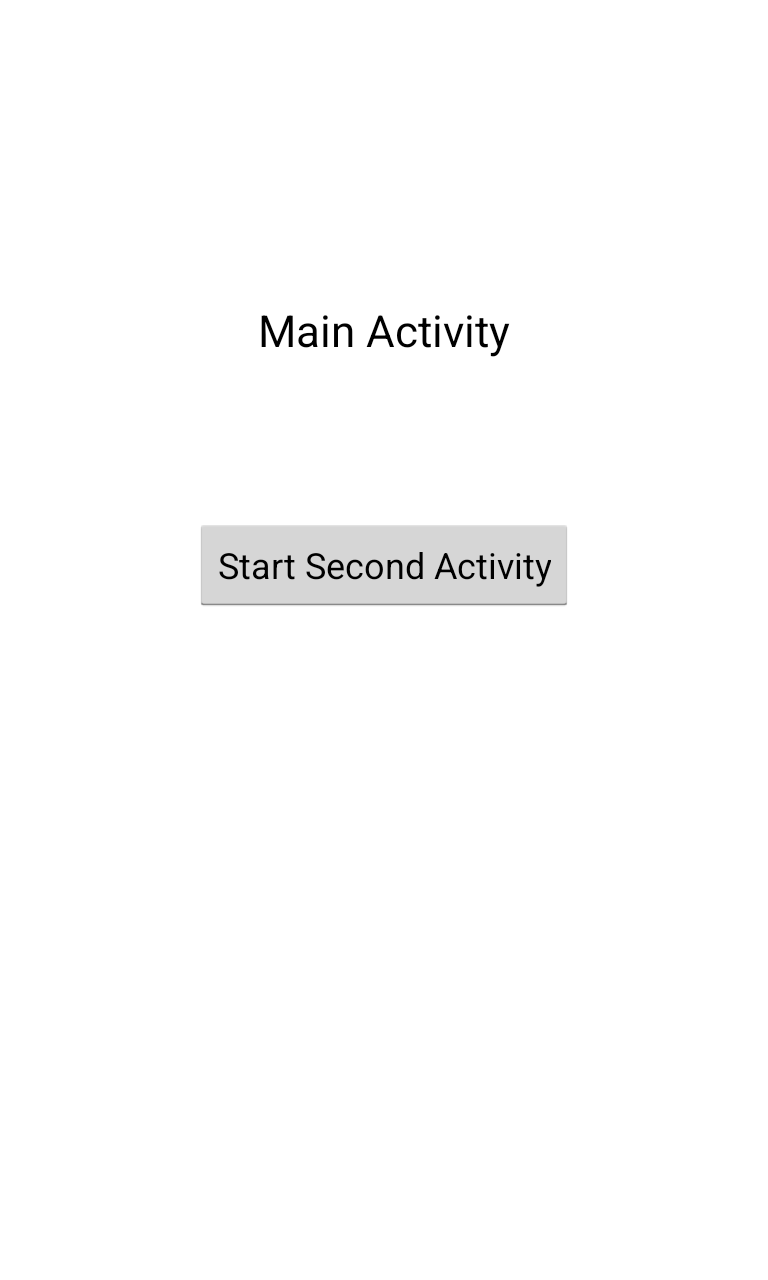
Repository: Shruthi06/designed-droid
Layout: explicit_intent/res/layout/activity_main.xml
These files come from the project's save history. The layout is drawn as it stood at one moment and after the next save; the edit follows.
It is drawn on a 768 x 1280 px phone screen (xhdpi) without system bars, with theme AppTheme; the app's code is not run.

Above is the layout before, as saved 2016-02-03 07:28:19.

### explicit_intent/res/layout/activity_main.xml
<RelativeLayout xmlns:android="http://schemas.android.com/apk/res/android"
    xmlns:tools="http://schemas.android.com/tools"
    android:layout_width="match_parent"
    android:layout_height="match_parent"
    android:paddingBottom="@dimen/activity_vertical_margin"
    android:paddingLeft="@dimen/activity_horizontal_margin"
    android:paddingRight="@dimen/activity_horizontal_margin"
    android:paddingTop="@dimen/activity_vertical_margin"
    android:background="#ffffff"
    tools:context=".MainActivity" >

    <TextView
        android:id="@+id/textViewmainact"
        android:layout_width="wrap_content"
        android:layout_height="wrap_content"
        android:layout_alignParentTop="true"
        android:layout_centerHorizontal="true"
        android:layout_marginTop="134dp"
        android:text="Main Activity"
        android:textAppearance="?android:attr/textAppearanceLarge" />

    <Button
        android:id="@+id/launch_btton"
        android:layout_width="wrap_content"
        android:layout_height="wrap_content"
        android:layout_below="@+id/textViewmainact"
        android:layout_centerHorizontal="true"
        android:layout_marginTop="79dp"
        android:text="Start Second Activity" />

</RelativeLayout>

Loaded but not shown: explicit_intent/res/values/styles.xml (common file); explicit_intent/res/values-v11/styles.xml (common file); explicit_intent/res/values-v14/styles.xml (common file); explicit_intent/res/values/dimens.xml (common file)

After the next save:
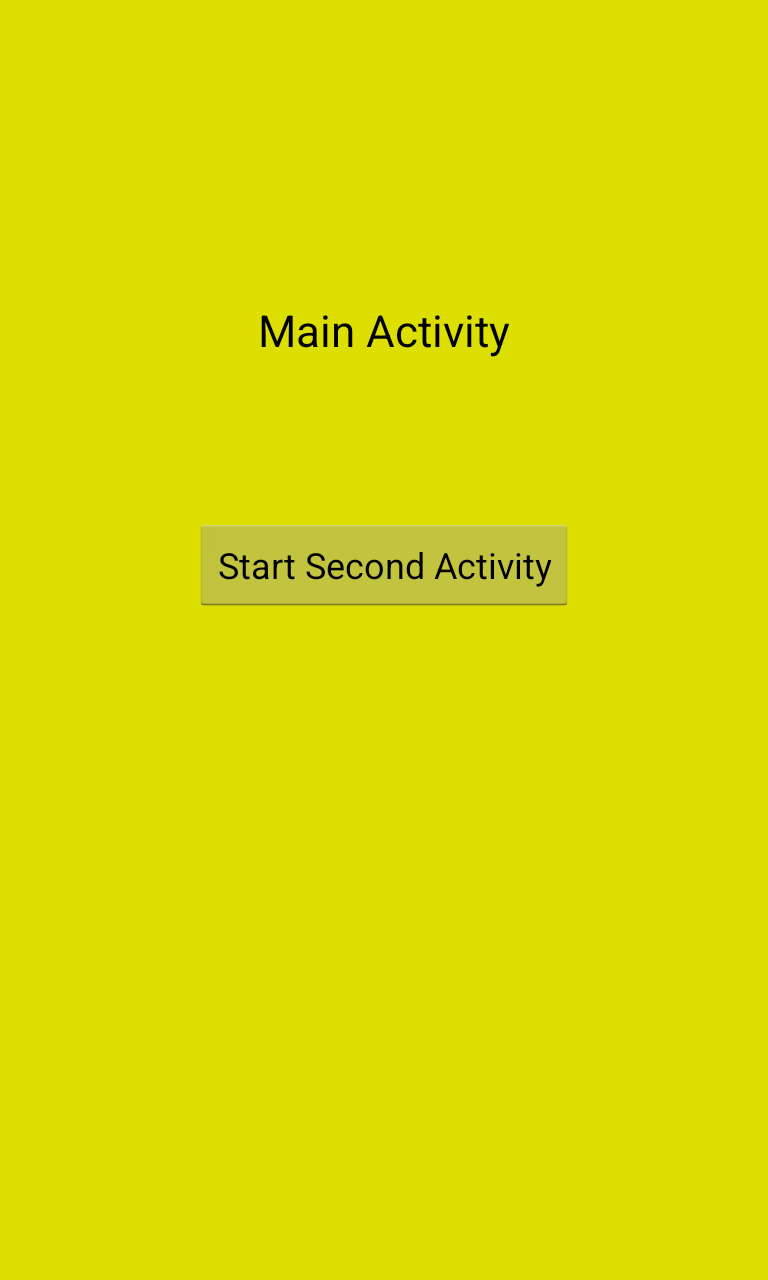
Saved 44 s later.
--- a/explicit_intent/res/layout/activity_main.xml
+++ b/explicit_intent/res/layout/activity_main.xml
@@ -6,7 +6,7 @@
     android:paddingLeft="@dimen/activity_horizontal_margin"
     android:paddingRight="@dimen/activity_horizontal_margin"
     android:paddingTop="@dimen/activity_vertical_margin"
-    android:background="#ffffff"
+    android:background="#ddde01"
     tools:context=".MainActivity" >
 
     <TextView
